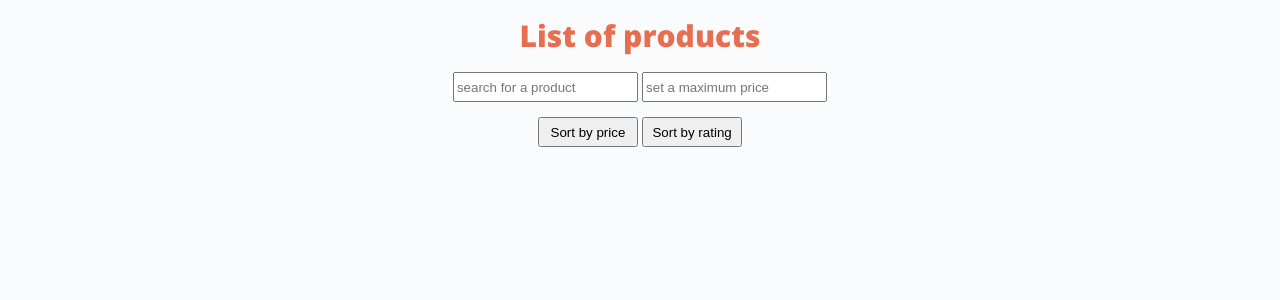
Repository: andrii1/hyf-homework
Page: javascript/javascript2/week2/hyf-bay/index.html
These files come from the project's save history. The page is drawn as it stood at one moment and after the next save; the edit follows.
The browser window is 1280 px wide. The pictures show the whole page.

Above is the page before, as saved 2022-07-06 12:53:27.

After the next save:
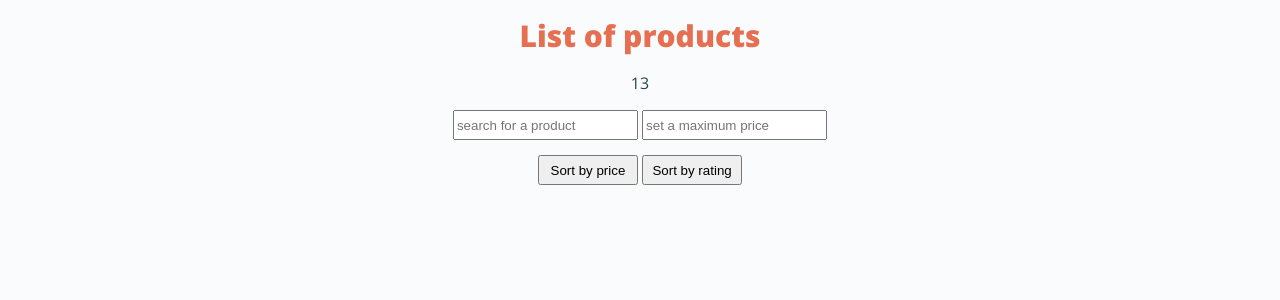
Saved 24 s later.
--- a/javascript/javascript2/week2/hyf-bay/main.js
+++ b/javascript/javascript2/week2/hyf-bay/main.js
@@ -8,6 +8,7 @@ const maximumPriceInput = document.getElementById("maximumPrice");
 const buttonSortPrice = document.getElementById("price-sort");
 const buttonSortRating = document.getElementById("rating-sort");
 const productsCount = document.getElementById("count-products");
+productsCount.innerText = products.length;
 searchInput.addEventListener("input", filterProducts);
 maximumPriceInput.addEventListener("input", filterProductsByPrice);
 buttonSortPrice.addEventListener("click", sortProductsByPrice);
